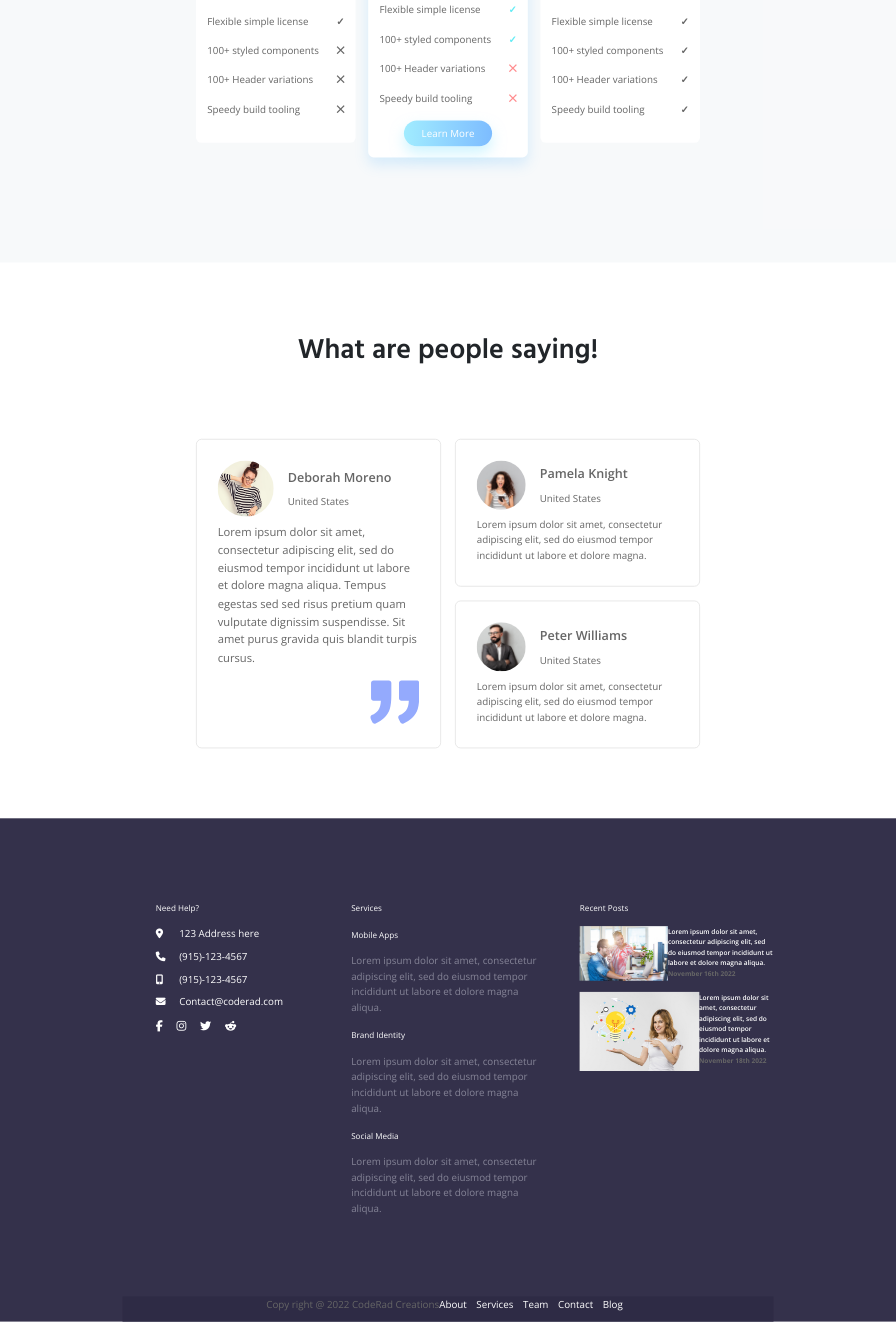
Repository: Sc-Juju/CodeRad
Page: index.html
The author's editor kept a copy of each file at every save. The page is drawn from the files as they stood at one save, then again after the next save.
The browser window is 1280 px wide. The pictures show the part of the page from y = 2940 to 4860 px (the page is 4828 px tall before and 4860 px after), at 70% of full size.
Some web libraries are served in a nearby version.

Above is the page before, as saved 2022-11-16 14:05:45.

After the next save:
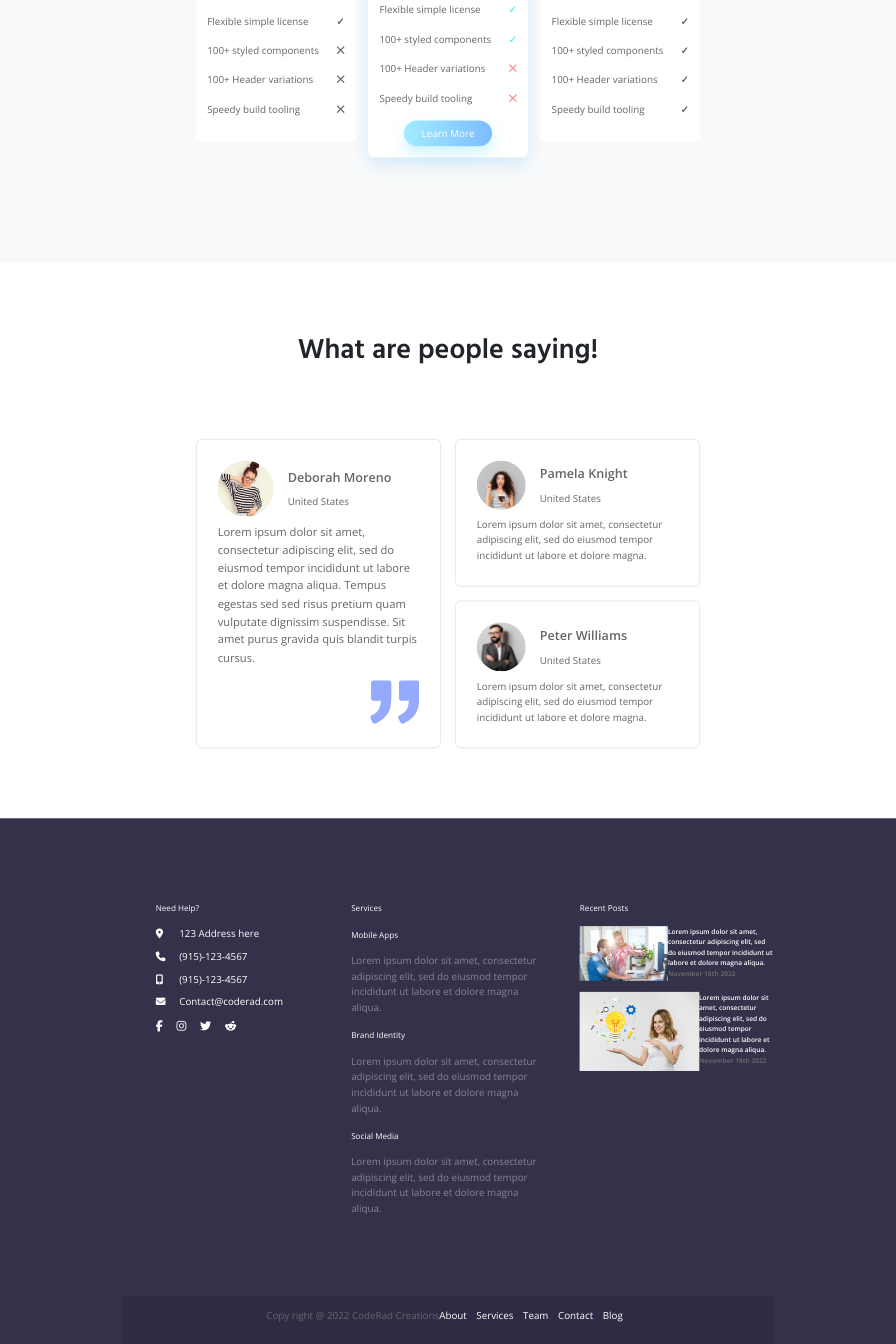
Saved 71 s later.
--- a/css/styles.css
+++ b/css/styles.css
@@ -321,6 +321,8 @@ footer .footer-col{justify-self: center;}
     justify-content: center;
 }
 
+.footer-bottom{ padding: var(--size-16) 0; }
+
 .footer-bottom-links ul li{
     display: inline-block;
     margin-right: var(--size-10);
